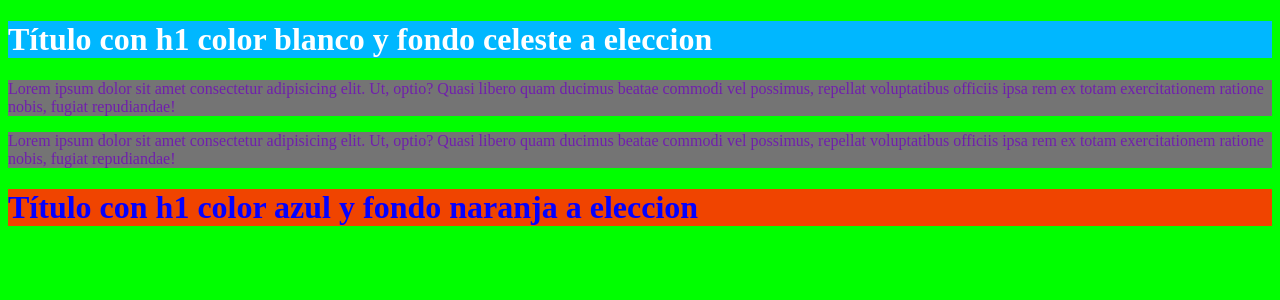
Repository: ScoggoDev/DesarrolloWeb
Page: tarea en equipo 1/tep1.html
The author's editor kept a copy of each file at every save. The page is drawn from the files as they stood at one save, then again after the next save.
The browser window is 1280 px wide. The pictures show the whole page.

Above is the page before, as saved 2021-06-30 20:26:26.

After the next save:
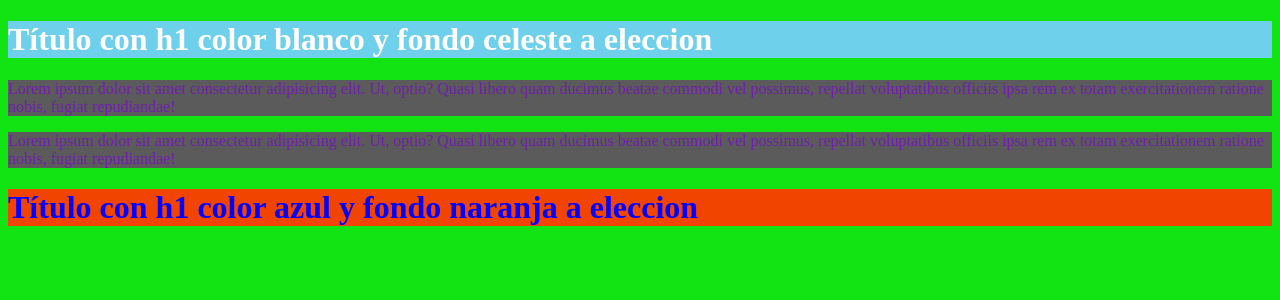
Saved 5 min 26 s later.
--- a/tarea en equipo 1/estilo.css
+++ b/tarea en equipo 1/estilo.css
@@ -1,12 +1,12 @@
 body{
-    background-color: rgb(0, 255, 0);
+    background-color: #12E312;
 }
 h1{
-    background-color: rgb(0, 183, 255);
-    color: white
+    background-color: #6FD0EB;
+    color: #FFFFFF;
 
 }
 p{
-    background-color: rgb(116, 116, 116);
+    background-color: #5B5B5B;
     color: #701fad
 }
